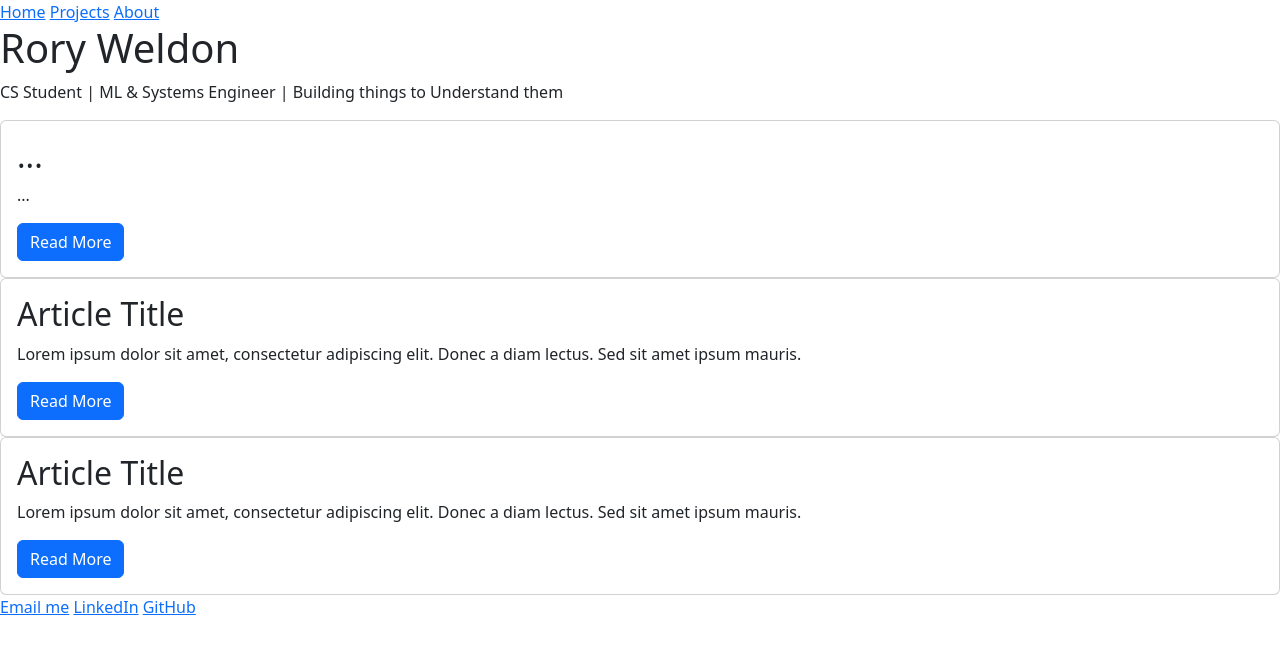
Repository: Art3misF0wl90/Portfolio
Page: index.html
These files come from the project's save history. The page is drawn as it stood at one moment and after a run of saves; the edit follows.
The browser window is 1280 px wide. The pictures show the whole page.

Above is the page before, as saved 2026-06-17 19:14:33.

### index.html
<!doctype html>
<html lang="en">
  <!-- This is a simple portfolio website for Rory Weldon, a CS student with interests in ML and systems engineering. The website includes a navigation bar, header, main content area with project teasers, and a footer with contact information. -->
  <head>
    <meta charset="UTF-8" />
    <meta name="viewport" content="width=device-width, initial-scale=1.0" />
    <title>Rory Weldon - Portfolio</title>
    <link
      href="https://cdn.jsdelivr.net/npm/bootstrap@5.3.8/dist/css/bootstrap.min.css"
      rel="stylesheet"
      integrity="sha384-sRIl4kxILFvY47J16cr9ZwB07vP4J8+LH7qKQnuqkuIAvNWLzeN8tE5YBujZqJLB"
      crossorigin="anonymous"
    />
   <!--<link rel="stylesheet" href="style.css" /> disabled while working with bootstrap, will re-enable for custom overrides later.-->
  </head>
  <!-- this is the main content area -->
  <body>
    <!-- Navigation bar -->
    <nav>
      <a href="index.html">Home</a>
      <a href="projects.html">Projects</a>
      <a href="about.html">About</a>
    </nav>

    <!-- Header content -->
    <header>
      <h1>Rory Weldon</h1>
      <p>
        CS Student | ML & Systems Engineer | Building things to Understand them
      </p>
    </header>

    <main>

      <div class="container"></div>
      <!-- Main content - Teasers for projects-->
      <article class="card">
        <div class="card-body">
          <!-- provides internal padding -->
          <h2 class="card-title">...</h2>
          <p class="card-text">...</p>
          <a href="..." class="btn btn-primary">Read More</a>
        </div>
      </article>

      <article class="card">
        <div class="card-body">
          <h2 class="card-title">Article Title</h2>
          <p class="card-text">
            Lorem ipsum dolor sit amet, consectetur adipiscing elit. Donec a
            diam lectus. Sed sit amet ipsum mauris.
          </p>
          <a href="..." class="btn btn-primary">Read More</a>
        </div>
      </article>
      <!-- Add more articles as needed -->
      <article class="card">
        <div class="card-body">
          <!-- This is a placeholder article. Replace with actual project teasers. -->
          <h2 class="card-title">Article Title</h2>
          <p class="card-text">
            Lorem ipsum dolor sit amet, consectetur adipiscing elit. Donec a
            diam lectus. Sed sit amet ipsum mauris.
          </p>
          <!-- The "Read More" button can link to a detailed project page or modal -->
          <a href="..." class="btn btn-primary">Read More</a>
        </div>
      </article>
    </main>
    <!-- Footer content -->
    <footer>
      <a href="mailto:lweldon2@students.kennesaw.edu">Email me</a>
      <a href="https://www.linkedin.com/in/rory-weldon-5829ab297/">LinkedIn</a>
      <a href="https://github.com/Art3misF0wl90">GitHub</a>
    </footer>
  </body>
</html>

After the next 4 saves:
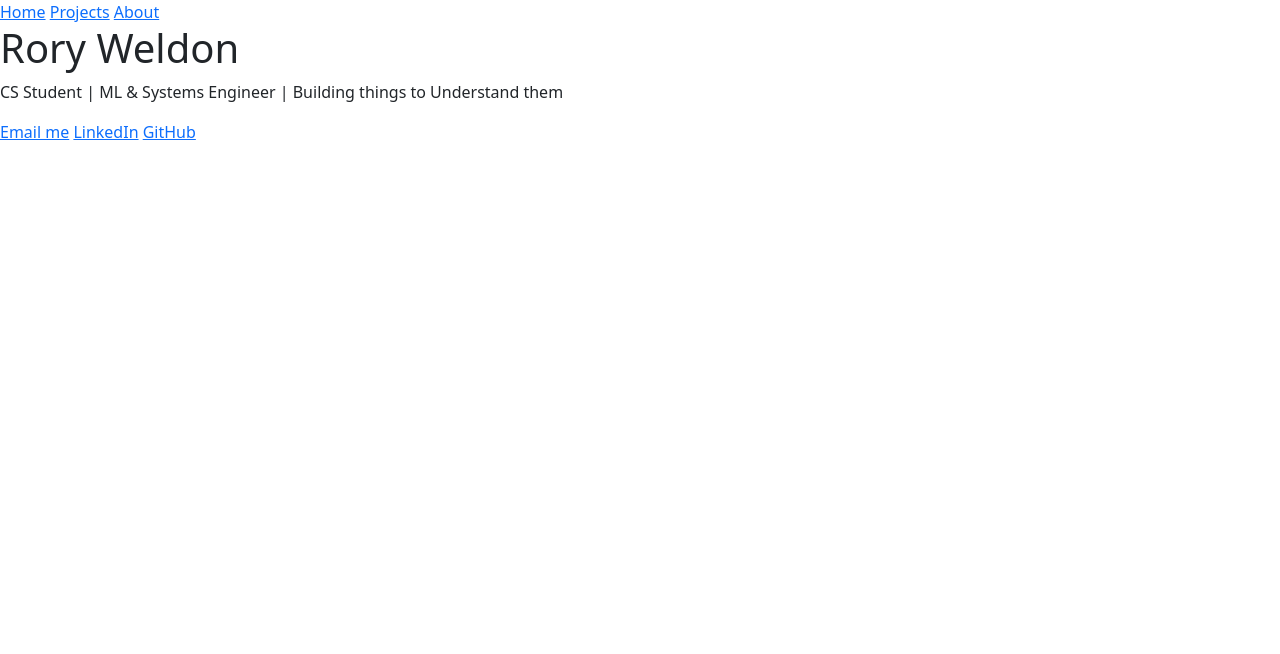
The 4 saves are shown as one change because they came seconds apart.
The last was saved 16 s later.
--- a/index.html
+++ b/index.html
@@ -32,40 +32,11 @@
 
     <main>
 
-      <div class="container"></div>
+      <div class="container">
+
+      </div>
       <!-- Main content - Teasers for projects-->
-      <article class="card">
-        <div class="card-body">
-          <!-- provides internal padding -->
-          <h2 class="card-title">...</h2>
-          <p class="card-text">...</p>
-          <a href="..." class="btn btn-primary">Read More</a>
-        </div>
-      </article>
 
-      <article class="card">
-        <div class="card-body">
-          <h2 class="card-title">Article Title</h2>
-          <p class="card-text">
-            Lorem ipsum dolor sit amet, consectetur adipiscing elit. Donec a
-            diam lectus. Sed sit amet ipsum mauris.
-          </p>
-          <a href="..." class="btn btn-primary">Read More</a>
-        </div>
-      </article>
-      <!-- Add more articles as needed -->
-      <article class="card">
-        <div class="card-body">
-          <!-- This is a placeholder article. Replace with actual project teasers. -->
-          <h2 class="card-title">Article Title</h2>
-          <p class="card-text">
-            Lorem ipsum dolor sit amet, consectetur adipiscing elit. Donec a
-            diam lectus. Sed sit amet ipsum mauris.
-          </p>
-          <!-- The "Read More" button can link to a detailed project page or modal -->
-          <a href="..." class="btn btn-primary">Read More</a>
-        </div>
-      </article>
     </main>
     <!-- Footer content -->
     <footer>
